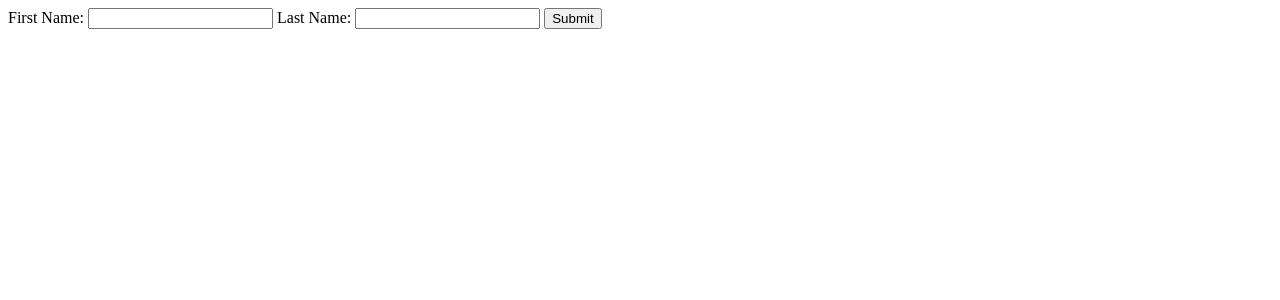
Repository: charlieactor/Skill-Distillery
Page: workspace/HelloWorld/WebContent/input.html
The author's editor kept a copy of each file at every save. The page is drawn from the files as they stood at one save, then again after the next save.
The browser window is 1280 px wide. The pictures show the whole page.

Above is the page before, as saved 2017-07-10 16:00:24.

### workspace/HelloWorld/WebContent/input.html
<!DOCTYPE html>
<html>
<head>
	<title>My First Form</title>
</head>
<body>
	<form action="SayHello" method="GET">
		First Name: <input type="text" name="firstname" />
		Last Name: <input type="text" name="lastname"  />
		<input type="submit" value="Submit" />
	</form>
</body>
</html>

After the next save:
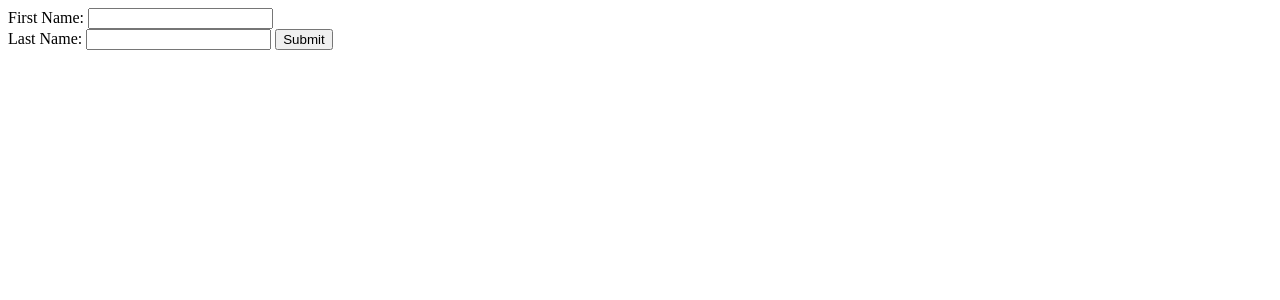
Saved 80 s later.
--- a/workspace/HelloWorld/WebContent/input.html
+++ b/workspace/HelloWorld/WebContent/input.html
@@ -5,7 +5,7 @@
 </head>
 <body>
 	<form action="SayHello" method="GET">
-		First Name: <input type="text" name="firstname" />
+		First Name: <input type="text" name="firstname" /><br>
 		Last Name: <input type="text" name="lastname"  />
 		<input type="submit" value="Submit" />
 	</form>
